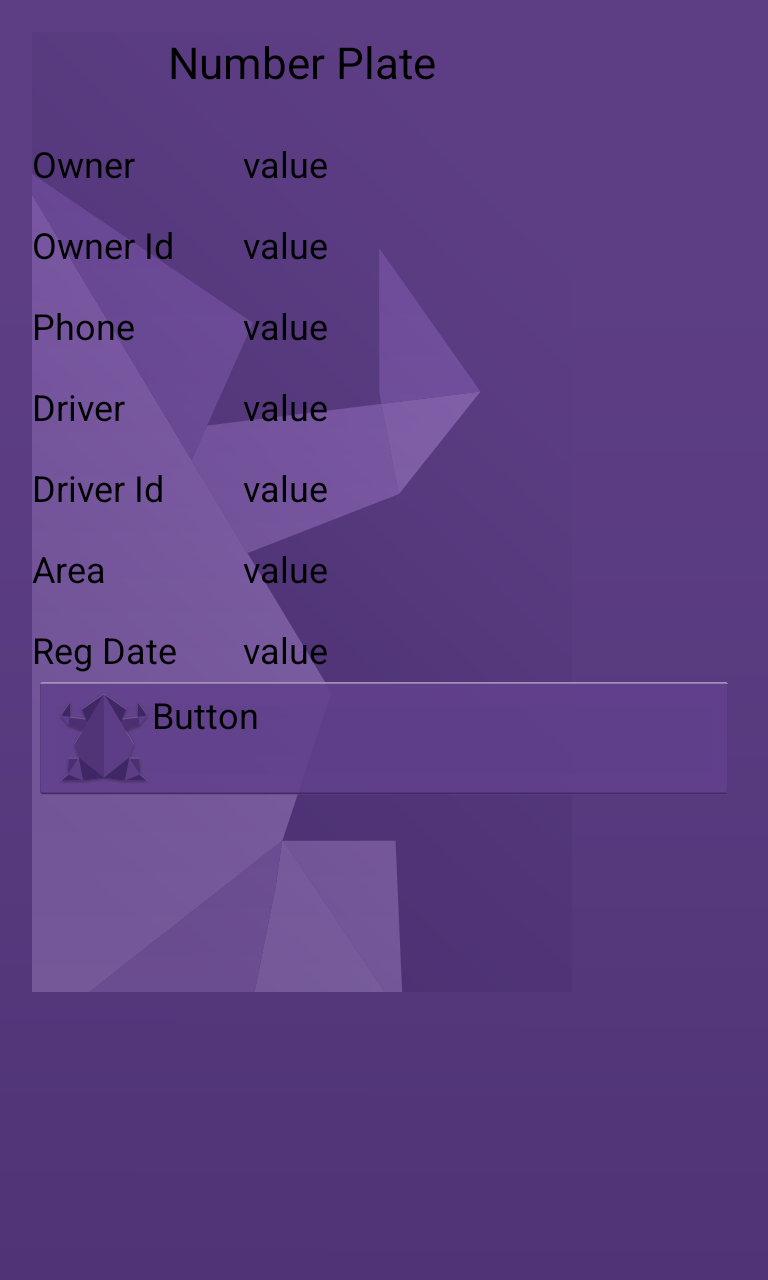
Repository: walteranyika/personal
Layout: PikiPiki/res/layout/activity_details.xml
The author's editor kept a copy of each file at every save. The layout is drawn from the files as they stood at one save, then again after the next save.
It is drawn on a 768 x 1280 px phone screen (xhdpi) without system bars, with theme AppTheme; the app's code is not run.

Above is the layout before, as saved 2015-11-06 12:00:41.

### PikiPiki/res/layout/activity_details.xml
<RelativeLayout xmlns:android="http://schemas.android.com/apk/res/android"
    xmlns:tools="http://schemas.android.com/tools"
    android:layout_width="match_parent"
    android:layout_height="match_parent"
    tools:context=".DetailsActivity"
    android:background="@drawable/background_fill"
    android:padding="16dp" >

    <ImageView
        android:id="@+id/imageView1"
        android:layout_width="wrap_content"
        android:layout_height="match_parent"
        android:layout_alignParentLeft="true"
        android:layout_alignParentTop="true"
        android:scaleType="fitStart"
        android:contentDescription="@string/background_image"
        android:src="@drawable/background" />

    <TextView
        android:id="@+id/tvRegNo"
        android:layout_width="match_parent"
        android:layout_height="wrap_content"
        android:layout_alignRight="@+id/imageView1"
        android:text="@string/number_plate"
        android:layout_marginBottom="24dp"
        android:gravity="center_horizontal"
        android:textAppearance="?android:attr/textAppearanceLarge" />

    <LinearLayout
        android:id="@+id/LinearLayout01"
        android:layout_width="fill_parent"
        android:layout_height="wrap_content"
        android:layout_alignParentLeft="true"
        android:layout_below="@+id/linearLayout1"
        android:layout_marginTop="16dp" >

        <TextView
            android:id="@+id/TextView01"
            android:layout_width="0dp"
            android:layout_height="wrap_content"
            android:layout_weight="0.3"
            android:text="@string/owner_id"
            android:textAppearance="?android:attr/textAppearanceMedium" />

        <TextView
            android:id="@+id/tvOwnerId"
            android:layout_width="0dp"
            android:layout_height="wrap_content"
            android:layout_weight="0.7"
            android:text="@string/empty_string"
            android:textAppearance="?android:attr/textAppearanceMedium" />
    </LinearLayout>

    <LinearLayout
        android:id="@+id/LinearLayout02"
        android:layout_width="fill_parent"
        android:layout_height="wrap_content"
        android:layout_alignParentLeft="true"
        android:layout_below="@+id/LinearLayout01"
        android:layout_marginTop="16dp" >

        <TextView
            android:id="@+id/TextView03"
            android:layout_width="0dp"
            android:layout_height="wrap_content"
            android:layout_weight="0.3"
            android:text="@string/phone"
            android:textAppearance="?android:attr/textAppearanceMedium" />

        <TextView
            android:id="@+id/tvPhone"
            android:layout_width="0dp"
            android:layout_height="wrap_content"
            android:layout_weight="0.7"
            android:text="@string/empty_string"
            android:textAppearance="?android:attr/textAppearanceMedium" />
    </LinearLayout>

    <LinearLayout
        android:id="@+id/LinearLayout03"
        android:layout_width="fill_parent"
        android:layout_height="wrap_content"
        android:layout_alignParentLeft="true"
        android:layout_below="@+id/LinearLayout02"
        android:layout_marginTop="16dp" >

        <TextView
            android:id="@+id/TextView05"
            android:layout_width="0dp"
            android:layout_height="wrap_content"
            android:layout_weight="0.3"
            android:text="@string/driver"
            android:textAppearance="?android:attr/textAppearanceMedium" />

        <TextView
            android:id="@+id/tvDriverName"
            android:layout_width="0dp"
            android:layout_height="wrap_content"
            android:layout_weight="0.7"
            android:text="@string/empty_string"
            android:textAppearance="?android:attr/textAppearanceMedium" />
    </LinearLayout>

    <LinearLayout
        android:id="@+id/LinearLayout04"
        android:layout_width="fill_parent"
        android:layout_height="wrap_content"
        android:layout_alignParentLeft="true"
        android:layout_below="@+id/LinearLayout03"
        android:layout_marginTop="16dp" >

        <TextView
            android:id="@+id/TextView07"
            android:layout_width="0dp"
            android:layout_height="wrap_content"
            android:layout_weight="0.3"
            android:text="@string/driver_id"
            android:textAppearance="?android:attr/textAppearanceMedium" />

        <TextView
            android:id="@+id/tvDriverId"
            android:layout_width="0dp"
            android:layout_height="wrap_content"
            android:layout_weight="0.7"
            android:text="@string/empty_string"
            android:textAppearance="?android:attr/textAppearanceMedium" />
    </LinearLayout>

    <LinearLayout
        android:id="@+id/LinearLayout05"
        android:layout_width="fill_parent"
        android:layout_height="wrap_content"
        android:layout_alignParentLeft="true"
        android:layout_below="@+id/LinearLayout04"
        android:layout_marginTop="16dp">

        <TextView
            android:id="@+id/TextView09"
            android:layout_width="0dp"
            android:layout_height="wrap_content"
            android:layout_weight="0.3"
            android:text="@string/area"
            android:textAppearance="?android:attr/textAppearanceMedium" />

        <TextView
            android:id="@+id/tvAreaOperation"
            android:layout_width="0dp"
            android:layout_height="wrap_content"
            android:layout_weight="0.7"
            android:text="@string/empty_string"
            android:textAppearance="?android:attr/textAppearanceMedium" />
    </LinearLayout>

    <LinearLayout
        android:id="@+id/LinearLayout06"
        android:layout_width="fill_parent"
        android:layout_height="wrap_content"
        android:layout_alignParentLeft="true"
        android:layout_below="@+id/LinearLayout05"
        android:layout_marginTop="16dp" >

        <TextView
            android:id="@+id/TextView11"
            android:layout_width="0dp"
            android:layout_height="wrap_content"
            android:layout_weight="0.3"
            android:text="@string/reg_date"
            android:textAppearance="?android:attr/textAppearanceMedium" />

        <TextView
            android:id="@+id/tvDate"
            android:layout_width="0dp"
            android:layout_height="wrap_content"
            android:layout_weight="0.7"
            android:text="@string/empty_string"
            android:textAppearance="?android:attr/textAppearanceMedium" />
    </LinearLayout>

    <LinearLayout
        android:id="@+id/linearLayout1"
        android:layout_width="fill_parent"
        android:layout_height="wrap_content"
        android:layout_alignLeft="@+id/imageView1"
        android:layout_below="@+id/tvRegNo" >

        <TextView
            android:id="@+id/textView2"
            android:layout_width="0dp"
            android:layout_height="wrap_content"
            android:layout_weight="0.3"
            android:text="@string/owner"
            android:textAppearance="?android:attr/textAppearanceMedium" />

        <TextView
            android:id="@+id/tvOwnerName"
            android:layout_width="0dp"
            android:layout_height="wrap_content"
            android:layout_weight="0.7"
            android:text="@string/empty_string"
            android:textAppearance="?android:attr/textAppearanceMedium" />
    </LinearLayout>

    <Button
        android:id="@+id/btnTest"
        android:layout_width="match_parent"
        android:layout_height="wrap_content"
        android:layout_alignLeft="@+id/imageView1"
        android:layout_below="@+id/LinearLayout06"
        android:text="Button"
        android:drawableLeft="@drawable/ic_launcher"

        android:gravity="left"/>

</RelativeLayout>

### PikiPiki/res/values/themes_apptheme.xml
<?xml version="1.0" encoding="utf-8"?>

<!-- Generated with http://android-holo-colors.com -->
<resources xmlns:android="http://schemas.android.com/apk/res/android">

  <style name="AppTheme" parent="@style/_AppTheme"/>

  <style name="_AppTheme" parent="android:Theme.Holo.Light">

    <item name="android:editTextBackground">@drawable/apptheme_edit_text_holo_light</item>

    <item name="android:buttonStyle">@style/ButtonAppTheme</item>

    <item name="android:imageButtonStyle">@style/ImageButtonAppTheme</item>

  </style>

</resources>

### PikiPiki/res/values/styles_apptheme.xml
<?xml version="1.0" encoding="utf-8"?>

<!-- Generated with http://android-holo-colors.com -->
<resources xmlns:android="http://schemas.android.com/apk/res/android">

  <style name="ButtonAppTheme" parent="android:Widget.Holo.Light.Button">
	  <item name="android:background">@drawable/apptheme_btn_default_holo_light</item>
  </style>

  <style name="ImageButtonAppTheme" parent="android:Widget.Holo.Light.ImageButton">
	  <item name="android:background">@drawable/apptheme_btn_default_holo_light</item>
  </style>

</resources>

### PikiPiki/res/drawable/apptheme_btn_default_holo_light.xml
<?xml version="1.0" encoding="utf-8"?>

<selector xmlns:android="http://schemas.android.com/apk/res/android">
    <item android:state_window_focused="false" android:state_enabled="true"
        android:drawable="@drawable/apptheme_btn_default_normal_holo_light" />
    <item android:state_window_focused="false" android:state_enabled="false"
        android:drawable="@drawable/apptheme_btn_default_disabled_holo_light" />
    <item android:state_pressed="true"
        android:drawable="@drawable/apptheme_btn_default_pressed_holo_light" />
    <item android:state_focused="true" android:state_enabled="true"
        android:drawable="@drawable/apptheme_btn_default_focused_holo_light" />
    <item android:state_enabled="true"
        android:drawable="@drawable/apptheme_btn_default_normal_holo_light" />
    <item android:state_focused="true"
        android:drawable="@drawable/apptheme_btn_default_disabled_focused_holo_light" />
    <item
         android:drawable="@drawable/apptheme_btn_default_disabled_holo_light" />
</selector>

### PikiPiki/res/values/strings.xml
<?xml version="1.0" encoding="utf-8"?>
<resources>

    <string name="app_name">PikiPiki</string>
    <string name="action_settings">Settings</string>
    <string name="motorbike">Motor Bike</string>
    <string name="sync">Sync</string>
    <string name="phone">Phone</string>
    <string name="_0734567843">Phone</string>
    <string name="area">Area</string>
    <string name="reg_date">Reg Date</string>
    <string name="driver_id">Driver Id</string>
    <string name="driver">Driver</string>
    <string name="owner">Owner</string>
    <string name="owner_id">Owner Id</string>
    <string name="search">Search</string>
    <string name="bike_reg_number">Bike Reg Number</string>
    <string name="back_ground_image">Back Ground Image</string>
    <string name="title_activity_details">DetailsActivity</string>
    <string name="hello_world">Hello world!</string>
    <string name="background_image">Background Image</string>
    <string name="empty_string">value</string>
    <string name="number_plate">Number Plate</string>

</resources>

Loaded but not shown: PikiPiki/res/values/styles.xml (common file); PikiPiki/res/drawable/apptheme_edit_text_holo_light.xml (common file); PikiPiki/res/values-v11/styles.xml (common file); PikiPiki/res/values-v14/styles.xml (common file)

After the next save:
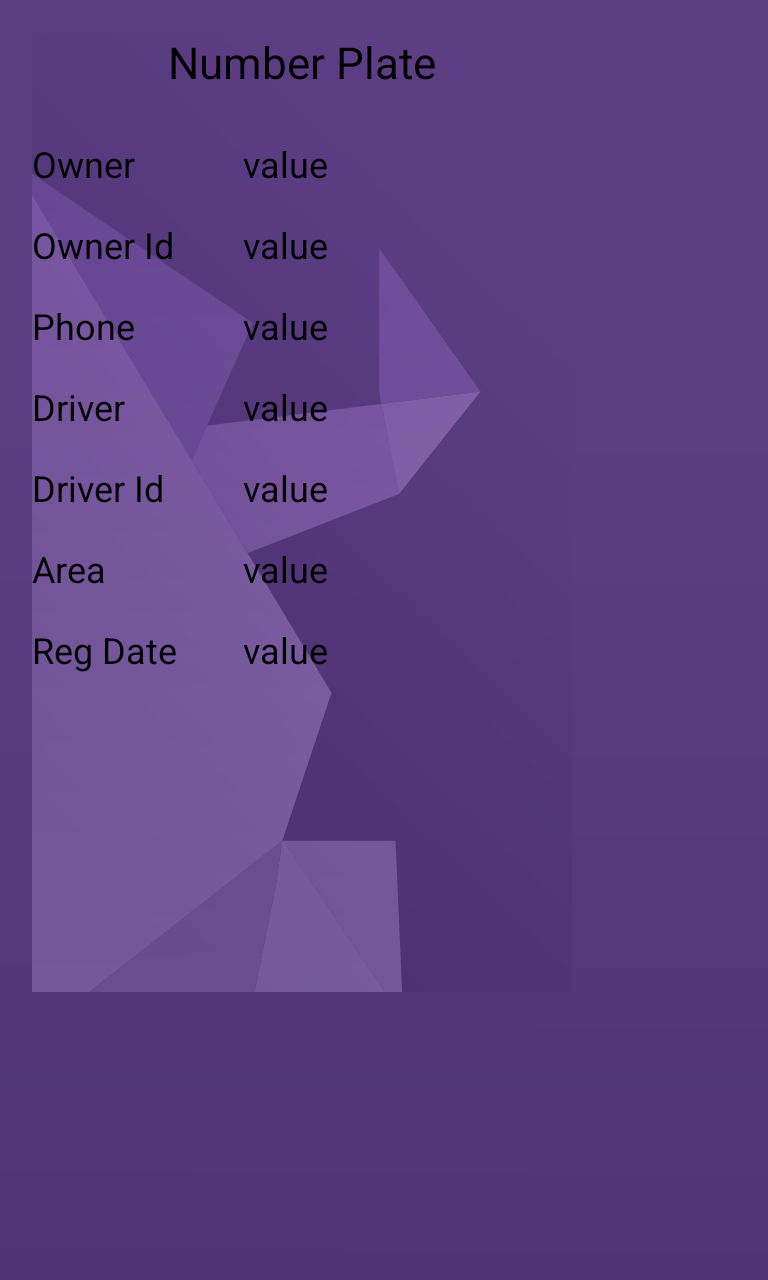
Saved 77 s later.
--- a/PikiPiki/res/layout/activity_details.xml
+++ b/PikiPiki/res/layout/activity_details.xml
@@ -200,15 +200,4 @@
             android:textAppearance="?android:attr/textAppearanceMedium" />
     </LinearLayout>
 
-    <Button
-        android:id="@+id/btnTest"
-        android:layout_width="match_parent"
-        android:layout_height="wrap_content"
-        android:layout_alignLeft="@+id/imageView1"
-        android:layout_below="@+id/LinearLayout06"
-        android:text="Button"
-        android:drawableLeft="@drawable/ic_launcher"
-
-        android:gravity="left"/>
-
 </RelativeLayout>
